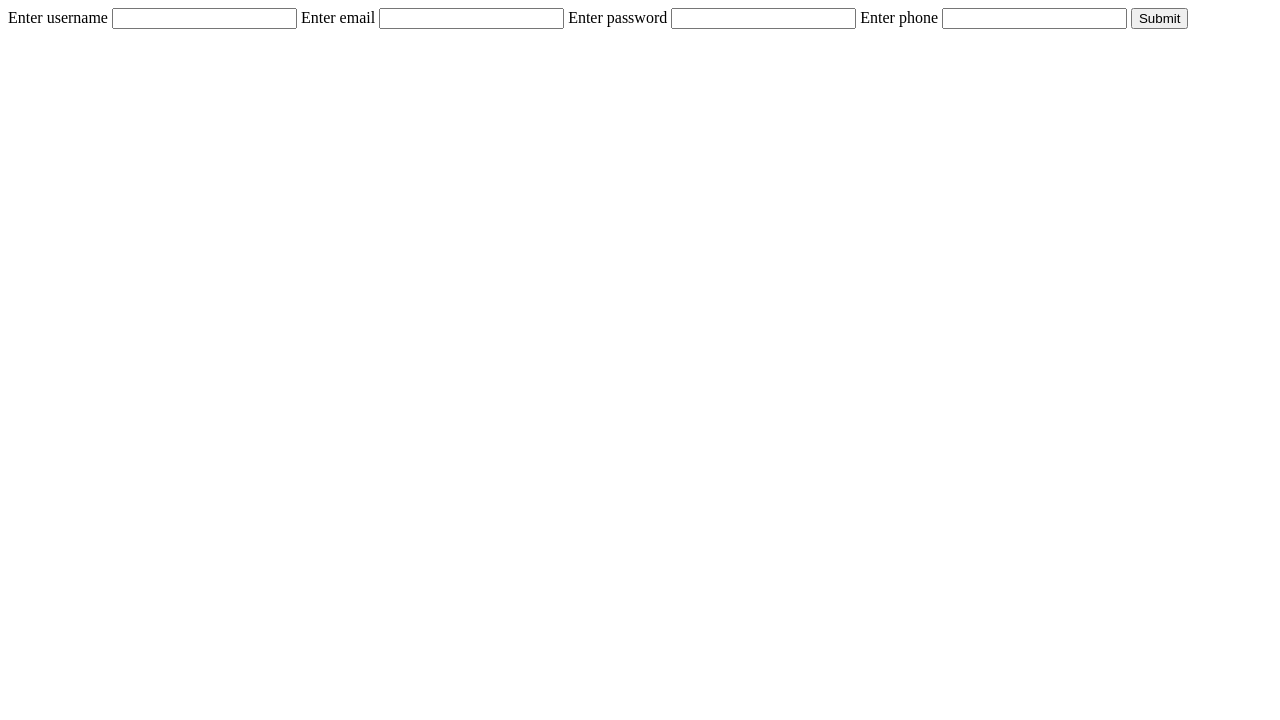
Repository: nikhilsinghp/J2EE_Programs
Page: Demo_servlet/src/main/webapp/save.html
The author's editor kept a copy of each file at every save. The page is drawn from the files as they stood at one save, then again after the next save.
The browser window is 1280 px wide. The pictures show the whole page.

Above is the page before, as saved 2025-11-25 05:41:44.

### Demo_servlet/src/main/webapp/save.html
<!DOCTYPE html>
<html>
<head>
<meta charset="UTF-8">
<title>Insert title here</title>
</head>
<body>
<form action="save">

<label>Enter username</label>
<input type="text" name="username">

<label>Enter email</label>
<input type="email" name="email">

<label>Enter password</label>
<input type="password" name="password">

<label>Enter phone</label>
<input type="tel" name="phone">

<input type="submit">
</form>

</body>
</html>

After the next save:
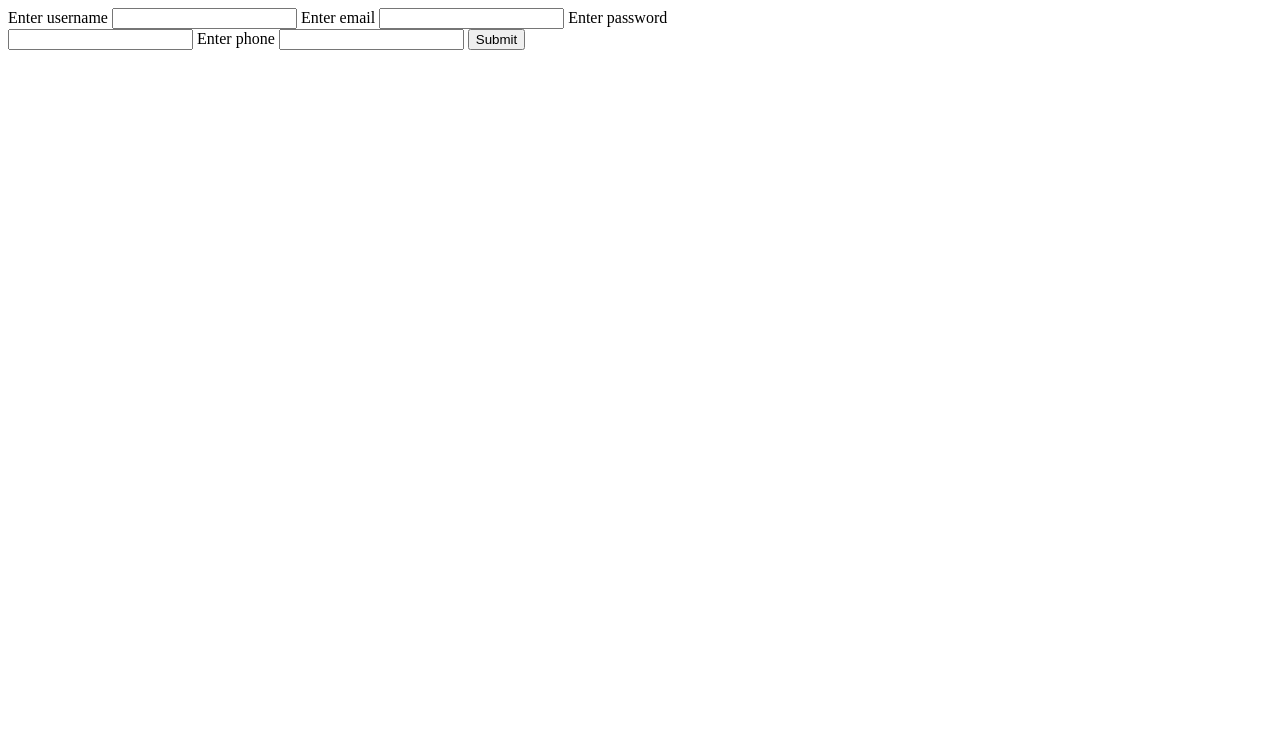
Saved 28 min 18 s later.
--- a/Demo_servlet/src/main/webapp/save.html
+++ b/Demo_servlet/src/main/webapp/save.html
@@ -3,8 +3,17 @@
 <head>
 <meta charset="UTF-8">
 <title>Insert title here</title>
+
+<style type="text/css">
+body{
+height:100vh;
+width:100vh
+}
+</style>
 </head>
 <body>
+<div>
+
 <form action="save">
 
 <label>Enter username</label>
@@ -21,6 +30,7 @@
 
 <input type="submit">
 </form>
+</div>
 
 </body>
 </html>
